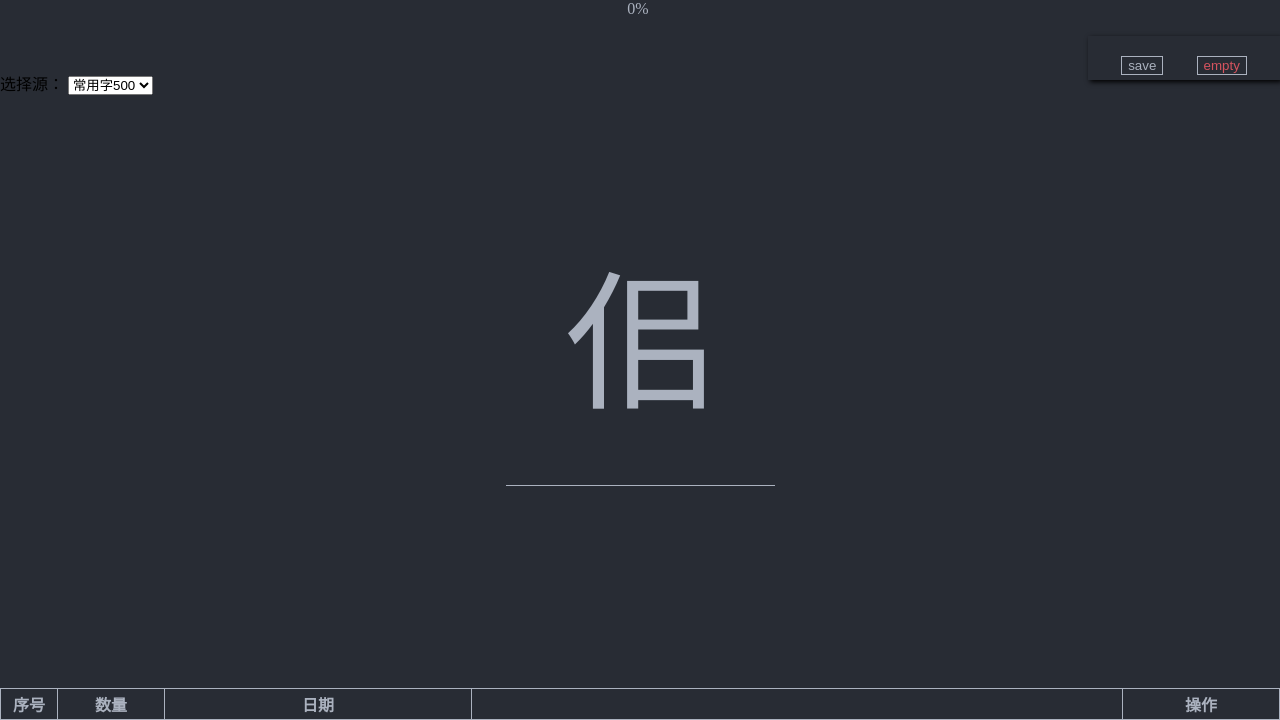
Repository: KR673/wsHone
Page: main.html
An editor plug-in stored every save of this project. The page is shown before and after the next save, followed by the edit.
The browser window is 1280 px wide. The pictures show the whole page.
Some web fonts or font styles are not loaded; a fallback is used.

Above is the page before, as saved 2023-01-30 22:31:04.

### main.html
<!DOCTYPE html>
<html lang="en">

<head>
    <meta charset="UTF-8">
    <meta name="viewport" content="width=device-width, initial-scale=1.0">
    <title>Document</title>

    <link rel="stylesheet" href="./static/css/main.css">
</head>

<body>
    <div>
        <div id="process">
            <div class="process-color"></div>
            <span>0%</span>
        </div>
    </div>
    <div>
        <span>选择源：</span>
        <select>
            <option value="frequently500">常用字500</option>
            <option value="hanziRoot">字根练习</option>
        </select>
    </div>
    <div class="input-content hanzi-root">
        <div id="word" class="content"></div>
        <div class="content">
            <input id="input" class="input"></input>
            <p id="key" hidden></p>
        </div>
    </div>
    <div class="fault-content hanzi-root">
        <div id="one-key" class="key-num">
            <span>1</span>
            <div class="area"></div>
        </div>
        <div id="two-key" class="key-num">
            <span>2</span>
            <div class="area"></div>
        </div>
        <div id="three-key" class="key-num">
            <span>3</span>
            <div class="area"></div>
        </div>
        <div id="four-key" class="key-num">
            <span>4</span>
            <div class="area"></div>
        </div>
        <div class="button-container fault-content-button-container">
            <button id="fault-save">save</button>
            <button id="fault-empty">empty</button>
        </div>
    </div>
    <div class="type-history">
        <table class="history-table"></table>
    </div>
    <script src="./lib/jquery-3.5.1.min.js"></script>
    <script src="./pythonScript/tempData.js"></script>
    <script src="./pythonScript/hanZiRoot.js"></script>
    <script src="./static/js/main.js"></script>

</body>

</html>

### static/css/main.css
html,body{
    height: 100%;
    background-color: #282c34;
    margin:0px
}
#word{
    color: #abb2bf;
    font-size: 150px;
    font-weight: 500;
}
.type-error{
    color: #d6545f !important;
}
.content{
    text-align: center;
}
.input-content{
    height: auto;
    margin-top: 10%;
}
.input-content .input{
    background-color: #282c34;
    border: 0px;
    border-bottom: 1px solid #abb2bf;
    margin-top: 20px;
    color: #abb2bf;
    text-align: center;
    font-size: 20px;
}

.input-content .input:focus{
    outline: none;
    border: 0px;
    border-bottom: 1px solid #abb2bf;
}
#key{
    color: #d6545f;
    font-size: 20px;
}

.fault-content{
    height: auto;
    width: 15%;
    background-color: #282c34;
    color: #abb2bf;
    position: absolute;
    right: 0px;
    top: 5%;
    display: flex;
    flex-wrap: nowrap;
    justify-content: space-around;
    flex-direction: column;
    box-shadow:2px 2px 5px #000;;
}
.key-num{
    display: flex;
}
.key-num span{
    /* background-color: #8BC34A; */
    height: 100%;
    transform: translateY(35%);
    padding-right: 1em;
    display: none;
}
.key-num div{
    flex:25% 1 1;
    /* border-bottom: 1px slategray solid; */
    letter-spacing: 2px;
    padding: 0px 10px 0px 10px;
}
/* .key-num span, .key-num div{
    float: left;
} */
#process{
    margin-bottom: 50px;
    width: 100%;
}
#process .process-color{
    height: 21px;
    width: 0%;
    background-color: #8BC34A;
}
#process span{
    position: absolute;
    left: 49%;
    top: 0px;
    color:#abb2bf;
}
.type-history{
    width: 100%;
    position: absolute;
    bottom: 0;
    color: #abb2bf;
}
.history-table{
    width: 100%;
    text-align: center;
    border: 1px solid;
    border-collapse: collapse;
    table-layout: fixed;
}
.history-table td, .history-table th{
    border: 1px solid;
    padding: 3px;
}
.button-container{
    display: flex;
    justify-content: space-evenly;
}
button{
    background-color: #282c34;
    border: 1px solid #abb2bf;
    color: #abb2bf;
    cursor: pointer;
}
button:hover{
    background-color: #abb2bf;
    color: #282c34;
}
.history-del, #fault-empty{
    color: #d6545f;
}
.fault-content-button-container{
    margin: 20px 0 5px 0;
}

@font-face{
    font-family: "HanZiRootFont";
    font-style: normal;
    font-weight: 400;
    src: url("../font/HanZiRootFont.woff2") format("woff2"), url("../font/HanZiRootFont.ttf") format("ttf");
}

.hanzi-root{
    font-family: HanZiRootFont;
}

### pythonScript/hanZiRoot.js
 hanZiRoot = [{
         'key': 'g',
         'word': '一'
     },
     {
         'key': 'g',
         'word': '丁'
     },
     {
         'key': 'g',
         'word': '丂'
     },
     {
         'key': 'g',
         'word': '七'
     },
     {
         'key': 'g',
         'word': '丄'
     },
     {
         'key': 'g',
         'word': '丅'
     },
     {
         'key': 'f',
         'word': '丐'
     },
     {
         'key': 'f',
         'word': '丑'
     },
     {
         'key': 'f',
         'word': '丒'
     },
     {
         'key': 'f',
         'word': '专'
     },
     {
         'key': 'f',
         'word': '且'
     },
     {
         'key': 'f',
         'word': '丕'
     },
     {
         'key': 'f',
         'word': '世'
     },
     {
         'key': 'f',
         'word': '丗'
     },
     {
         'key': 'f',
         'word': '丘'
     },
     {
         'key': 'f',
         'word': '丙'
     },
     {
         'key': 'd',
         'word': '丠'
     },
     {
         'key': 'd',
         'word': '両'
     },
     {
         'key': 'd',
         'word': '丢'
     },
     {
         'key': 'd',
         'word': '丣'
     },
     {
         'key': 'd',
         'word': '两'
     },
     {
         'key': 'd',
         'word': '严'
     },
     {
         'key': 'd',
         'word': '並'
     },
     {
         'key': 'd',
         'word': '丧'
     },
     {
         'key': 'd',
         'word': '丨'
     },
     {
         'key': 'd',
         'word': '丩'
     },
     {
         'key': 'd',
         'word': '个'
     },
     {
         'key': 'd',
         'word': '丫'
     },
     {
         'key': 's',
         'word': '丰'
     },
     {
         'key': 's',
         'word': '丱'
     },
     {
         'key': 's',
         'word': '串'
     },
     {
         'key': 's',
         'word': '丳'
     },
     {
         'key': 'a',
         'word': '乀'
     },
     {
         'key': 'a',
         'word': '乁'
     },
     {
         'key': 'a',
         'word': '乂'
     },
     {
         'key': 'a',
         'word': '乃'
     },
     {
         'key': 'a',
         'word': '乄'
     },
     {
         'key': 'a',
         'word': '久'
     },
     {
         'key': 'a',
         'word': '乆'
     },
     {
         'key': 'a',
         'word': '乇'
     },
     {
         'key': 'a',
         'word': '么'
     },
     {
         'key': 'a',
         'word': '义'
     },
     {
         'key': 'a',
         'word': '乊'
     },
     {
         'key': 'a',
         'word': '之'
     },
     {
         'key': 'a',
         'word': '乌'
     },
     {
         'key': 'a',
         'word': '乍'
     },
     {
         'key': 'h',
         'word': '乐'
     },
     {
         'key': 'h',
         'word': '乑'
     },
     {
         'key': 'h',
         'word': '乒'
     },
     {
         'key': 'h',
         'word': '乓'
     },
     {
         'key': 'h',
         'word': '乔'
     },
     {
         'key': 'h',
         'word': '乕'
     },
     {
         'key': 'h',
         'word': '乖'
     },
     {
         'key': 'h',
         'word': '乗'
     },
     {
         'key': 'h',
         'word': '乘'
     },
     {
         'key': 'h',
         'word': '乙'
     },
     {
         'key': 'h',
         'word': '乚'
     },
     {
         'key': 'j',
         'word': '习'
     },
     {
         'key': 'j',
         'word': '乡'
     },
     {
         'key': 'j',
         'word': '乢'
     },
     {
         'key': 'j',
         'word': '乣'
     },
     {
         'key': 'j',
         'word': '乤'
     },
     {
         'key': 'j',
         'word': '乥'
     },
     {
         'key': 'j',
         'word': '书'
     },
     {
         'key': 'j',
         'word': '乧'
     },
     {
         'key': 'j',
         'word': '乨'
     },
     {
         'key': 'k',
         'word': '买'
     },
     {
         'key': 'k',
         'word': '乱'
     },
     {
         'key': 'k',
         'word': '乲'
     },
     {
         'key': 'l',
         'word': '亀'
     },
     {
         'key': 'l',
         'word': '亁'
     },
     {
         'key': 'l',
         'word': '亂'
     },
     {
         'key': 'l',
         'word': '亃'
     },
     {
         'key': 'l',
         'word': '亄'
     },
     {
         'key': 'l',
         'word': '亅'
     },
     {
         'key': 'l',
         'word': '了'
     },
     {
         'key': 'l',
         'word': '亇'
     },
     {
         'key': 'l',
         'word': '予'
     },
     {
         'key': 'l',
         'word': '争'
     },
     {
         'key': 'l',
         'word': '亊'
     },
     {
         'key': 'm',
         'word': '亐'
     },
     {
         'key': 'm',
         'word': '云'
     },
     {
         'key': 'm',
         'word': '互'
     },
     {
         'key': 'm',
         'word': '亓'
     },
     {
         'key': 'm',
         'word': '五'
     },
     {
         'key': 'm',
         'word': '井'
     },
     {
         'key': 'm',
         'word': '亖'
     },
     {
         'key': 'm',
         'word': '亗'
     },
     {
         'key': 't',
         'word': '亠'
     },
     {
         'key': 't',
         'word': '亡'
     },
     {
         'key': 't',
         'word': '亢'
     },
     {
         'key': 't',
         'word': '亣'
     },
     {
         'key': 't',
         'word': '交'
     },
     {
         'key': 't',
         'word': '亥'
     },
     {
         'key': 't',
         'word': '亦'
     },
     {
         'key': 't',
         'word': '产'
     },
     {
         'key': 't',
         'word': '亨'
     },
     {
         'key': 'r',
         'word': '亰'
     },
     {
         'key': 'r',
         'word': '亱'
     },
     {
         'key': 'r',
         'word': '亲'
     },
     {
         'key': 'r',
         'word': '亳'
     },
     {
         'key': 'r',
         'word': '亴'
     },
     {
         'key': 'r',
         'word': '亵'
     },
     {
         'key': 'r',
         'word': '亶'
     },
     {
         'key': 'r',
         'word': '亷'
     },
     {
         'key': 'r',
         'word': '亸'
     },
     {
         'key': 'r',
         'word': '亹'
     },
     {
         'key': 'e',
         'word': '什'
     },
     {
         'key': 'e',
         'word': '仁'
     },
     {
         'key': 'e',
         'word': '仂'
     },
     {
         'key': 'e',
         'word': '仃'
     },
     {
         'key': 'e',
         'word': '仄'
     },
     {
         'key': 'e',
         'word': '仅'
     },
     {
         'key': 'e',
         'word': '仆'
     },
     {
         'key': 'e',
         'word': '仇'
     },
     {
         'key': 'e',
         'word': '仈'
     },
     {
         'key': 'e',
         'word': '仉'
     },
     {
         'key': 'e',
         'word': '今'
     },
     {
         'key': 'e',
         'word': '介'
     },
     {
         'key': 'e',
         'word': '仌'
     },
     {
         'key': 'w',
         'word': '仐'
     },
     {
         'key': 'w',
         'word': '仑'
     },
     {
         'key': 'w',
         'word': '仒'
     },
     {
         'key': 'w',
         'word': '仓'
     },
     {
         'key': 'w',
         'word': '仔'
     },
     {
         'key': 'q',
         'word': '仠'
     },
     {
         'key': 'q',
         'word': '仡'
     },
     {
         'key': 'q',
         'word': '仢'
     },
     {
         'key': 'q',
         'word': '代'
     },
     {
         'key': 'q',
         'word': '令'
     },
     {
         'key': 'q',
         'word': '以'
     },
     {
         'key': 'q',
         'word': '仦'
     },
     {
         'key': 'q',
         'word': '仧'
     },
     {
         'key': 'q',
         'word': '仨'
     },
     {
         'key': 'q',
         'word': '仩'
     },
     {
         'key': 'q',
         'word': '仪'
     },
     {
         'key': 'q',
         'word': '仫'
     },
     {
         'key': 'q',
         'word': '们'
     },
     {
         'key': 'q',
         'word': '仭'
     },
     {
         'key': 'q',
         'word': '仮'
     },
     {
         'key': 'y',
         'word': '仰'
     },
     {
         'key': 'y',
         'word': '仱'
     },
     {
         'key': 'y',
         'word': '仲'
     },
     {
         'key': 'y',
         'word': '仳'
     },
     {
         'key': 'y',
         'word': '仴'
     },
     {
         'key': 'y',
         'word': '仵'
     },
     {
         'key': 'y',
         'word': '件'
     },
     {
         'key': 'y',
         'word': '价'
     },
     {
         'key': 'y',
         'word': '仸'
     },
     {
         'key': 'y',
         'word': '仹'
     },
     {
         'key': 'u',
         'word': '伀'
     },
     {
         'key': 'u',
         'word': '企'
     },
     {
         'key': 'u',
         'word': '伂'
     },
     {
         'key': 'u',
         'word': '伃'
     },
     {
         'key': 'u',
         'word': '伄'
     },
     {
         'key': 'u',
         'word': '伅'
     },
     {
         'key': 'u',
         'word': '伆'
     },
     {
         'key': 'u',
         'word': '伇'
     },
     {
         'key': 'u',
         'word': '伈'
     },
     {
         'key': 'u',
         'word': '伉'
     },
     {
         'key': 'u',
         'word': '伊'
     },
     {
         'key': 'u',
         'word': '伋'
     },
     {
         'key': 'u',
         'word': '伌'
     },
     {
         'key': 'i',
         'word': '伐'
     },
     {
         'key': 'i',
         'word': '休'
     },
     {
         'key': 'i',
         'word': '伒'
     },
     {
         'key': 'i',
         'word': '伓'
     },
     {
         'key': 'i',
         'word': '伔'
     },
     {
         'key': 'i',
         'word': '伕'
     },
     {
         'key': 'i',
         'word': '伖'
     },
     {
         'key': 'i',
         'word': '众'
     },
     {
         'key': 'i',
         'word': '优'
     },
     {
         'key': 'i',
         'word': '伙'
     },
     {
         'key': 'i',
         'word': '会'
     },
     {
         'key': 'p',
         'word': '估'
     },
     {
         'key': 'p',
         'word': '伱'
     },
     {
         'key': 'p',
         'word': '伲'
     },
     {
         'key': 'p',
         'word': '伳'
     },
     {
         'key': 'p',
         'word': '伴'
     },
     {
         'key': 'p',
         'word': '伵'
     },
     {
         'key': 'n',
         'word': '佀'
     },
     {
         'key': 'n',
         'word': '佁'
     },
     {
         'key': 'n',
         'word': '佂'
     },
     {
         'key': 'n',
         'word': '佃'
     },
     {
         'key': 'n',
         'word': '佄'
     },
     {
         'key': 'n',
         'word': '佅'
     },
     {
         'key': 'n',
         'word': '但'
     },
     {
         'key': 'n',
         'word': '佇'
     },
     {
         'key': 'n',
         'word': '佈'
     },
     {
         'key': 'n',
         'word': '佉'
     },
     {
         'key': 'n',
         'word': '佊'
     },
     {
         'key': 'n',
         'word': '佋'
     },
     {
         'key': 'n',
         'word': '佌'
     },
     {
         'key': 'n',
         'word': '位'
     },
     {
         'key': 'n',
         'word': '低'
     },
     {
         'key': 'n',
         'word': '住'
     },
     {
         'key': 'n',
         'word': '佐'
     },
     {
         'key': 'n',
         'word': '佑'
     },
     {
         'key': 'n',
         'word': '佒'
     },
     {
         'key': 'n',
         'word': '体'
     },
     {
         'key': 'n',
         'word': '佔'
     },
     {
         'key': 'n',
         'word': '何'
     },
     {
         'key': 'n',
         'word': '佖'
     },
     {
         'key': 'b',
         'word': '你'
     },
     {
         'key': 'b',
         'word': '佡'
     },
     {
         'key': 'b',
         'word': '佢'
     },
     {
         'key': 'b',
         'word': '佣'
     },
     {
         'key': 'b',
         'word': '佤'
     },
     {
         'key': 'b',
         'word': '佥'
     },
     {
         'key': 'b',
         'word': '佦'
     },
     {
         'key': 'b',
         'word': '佧'
     },
     {
         'key': 'b',
         'word': '佨'
     },
     {
         'key': 'b',
         'word': '佩'
     },
     {
         'key': 'b',
         'word': '佪'
     },
     {
         'key': 'b',
         'word': '佫'
     },
     {
         'key': 'b',
         'word': '佬'
     },
     {
         'key': 'b',
         'word': '佭'
     },
     {
         'key': 'v',
         'word': '佰'
     },
     {
         'key': 'v',
         'word': '佱'
     },
     {
         'key': 'v',
         'word': '佲'
     },
     {
         'key': 'v',
         'word': '佳'
     },
     {
         'key': 'v',
         'word': '佴'
     },
     {
         'key': 'v',
         'word': '併'
     },
     {
         'key': 'v',
         'word': '佶'
     },
     {
         'key': 'v',
         'word': '佷'
     },
     {
         'key': 'c',
         'word': '侀'
     },
     {
         'key': 'c',
         'word': '侁'
     },
     {
         'key': 'c',
         'word': '侂'
     },
     {
         'key': 'c',
         'word': '侃'
     },
     {
         'key': 'c',
         'word': '侄'
     },
     {
         'key': 'c',
         'word': '侅'
     },
     {
         'key': 'x',
         'word': '侐'
     },
     {
         'key': 'x',
         'word': '侑'
     },
     {
         'key': 'x',
         'word': '侒'
     },
     {
         'key': 'x',
         'word': '侓'
     },
     {
         'key': 'x',
         'word': '侔'
     },
     {
         'key': 'x',
         'word': '侕'
     },
     {
         'key': 'x',
         'word': '侖'
     },
     {
         'key': 'x',
         'word': '侗'
     },
 ]

### static/js/main.js
var pageData = {
    data:{},
    dataCount:0,
    fault : {},
    countMapToId : {},
    dataError : {},
}

class DataErr{

    constructor(data){
        this.dateTime = new Date();
        this.data = data;
        this.count = data?.length;
    }

    // save data to local
    save(){
        if(!this.data || this.data.length <= 0){
            return
        }

        var dataList = this.getAll()

        // limit maximum capacity
        if(dataList.length == 15){
            dataList.splice(0, 1)
        }

        dataList.push(this)
        localStorage['errorList'] = JSON.stringify(dataList)
        randerHistoryList()
    }

    // get the wrong data before
    getAll(){
        var dataList = localStorage['errorList']
        if(!dataList){
            dataList = new Array()
        }else{
            dataList = JSON.parse(dataList)
        }
        return dataList
    }

    getByIndex(index){
        var dataAll = this.getAll()
        if(dataAll && dataAll.length > 0){
            return dataAll[index]
        }else{
            return new Array()
        }
    }

    deleteByIndex(index){
        var dataAll = this.getAll()
        if(dataAll && dataAll.length > 0){
            dataAll.splice(index, 1)
            localStorage['errorList'] = JSON.stringify(dataAll)
            randerHistoryList()
        }
    }
}

init(hanZiRoot)

function init(dataAccept){

    var allData = dataAccept || dataSource
    var arr = new Array()

    $.each(allData, function(index, n){
        arr.push(n)
    })

    pageData.data = arr
    pageData.dataCount = pageData.data.length

    pageData.fault = {
        'one-key' : [],
        'two-key' : [],
        'three-key' : [],
        'four-key' : []
    }

    var countMapToId = pageData.countMapToId = new Map()
    countMapToId.set(1, 'one-key')
    countMapToId.set(2, 'two-key')
    countMapToId.set(3, 'three-key')
    countMapToId.set(4, 'four-key')

    pageData.dataError = new Array()
    wordInput()
    randerHistoryList()
    initFaultConut()
    initInput()
    processEdit(0)
}

function randerHistoryList(){
    var dataErr= new DataErr()
    var typeHistoryList = dataErr.getAll()
    if(typeHistoryList){
        var tableHtml = '<tr>'+
                            '<th style="width:50px">序号</th>'+
                            '<th style="width:100px">数量</th>'+
                            '<th style="width:300px">日期</th>'+
                            '<th></th>'+
                            '<th style="width:150px">操作</th>'+
                        '</tr>'
        $.each(typeHistoryList, function (index , n){
            tableHtml += "<tr>"
            tableHtml += '<td>' + index + '</td>'
            tableHtml += '<td>' + n.count + '</td>'
            tableHtml += '<td>' + n.dateTime+ '</td>'
            tableHtml += '<td></td>'
            tableHtml += '<td class="history-option button-container">' +
                            '<button class="history-load" onclick=historyLoad('+index+')>练习</button>'+
                            '<button class="history-del" onclick=historyDelete('+index+')>删除</button>'+
                        '</td>'
            tableHtml += '</tr>'
        })
        $('.history-table').empty();
        $('.history-table').append(tableHtml)
    }
}

function historyLoad(index){
    var dataErr= new DataErr()
    var dataAll = dataErr.getAll()
    var dataTarget = dataAll[index]
    init(dataTarget.data)
}
function historyDelete(index){
    var dataErr= new DataErr()
    var dataAll = dataErr.deleteByIndex(index)
}
function wordInput() {
    var $word = $('#word')
    var indexPre = $word.attr('data-index')
    var count = pageData.data.length
    var index = Math.floor(Math.random() * count)

    // 保证相邻的两个不同
    if(indexPre == index){
        index = index < (count - 1) ? index + 1 : index - 1
    }
    if(count <= 1){
        index = 0
    }

    var wordInfo = pageData.data[index]
    // data.splice(index, 1)
    $word.text(wordInfo.word)
    $('#key').text(wordInfo.key)
    $word.attr('data-key', wordInfo.key)
    $word.attr('data-index', index)
    $('#input').val('')
}

$('body').on('keydown', function(event){
    if(event.keyCode == 27){
        $('#input').val("")
        $('#input').focus()
        return;
    }
})
var $word = $('#word')
$('#input').on('keydown', function (event) {
    var keyValue = event.keyCode

    var determain_num =  (keyValue >= 49 && keyValue <= 57)
    var determain_symbol = (keyValue == 186 || keyValue == 222)
    var determain_space = (keyValue == 32)

    if(keyValue == 27){
        $('#input').val("")
        return;
    }
    if(determain_num || determain_symbol || determain_space){

        if(pageData.data.length == 0){
            return;
        }

        if($(this).val() == $('#word').attr('data-key')){
            inputRight()
            if(pageData.data.length == 0){
                return;
            }
            wordInput()
        }else{
            inputFault()
            $(this).val('')
        }
        return false;
    }else{
        return;
    }
});

$('#fault-save').on('click', function(){
    faultSave()
})

function initInput(){
    $('#word').attr('class', 'content')
    $('#key').hide()
}

function processEdit(num){
    var percent = num + '%'
    $('.process-color').css('width', percent)
    $('#process span').text(percent)
}

function inputRight() {
    var data = pageData.data
    data.splice(parseInt($word.attr('data-index')),1)
    var percent  = ((1 - (data.length / pageData.dataCount)) * 100).toFixed(1)
    processEdit(percent)
    initInput()
}

function inputFault(){
    $('#word').attr('class', 'content type-error')
    addWordToFault()
    $('#key').show()
}


// 输入错误时, 记录其到对应的数据集中
function addWordToFault(){
    var $word = $('#word')
    var data = pageData.data
    var fault = pageData.fault

    let countOfKey = $word.attr('data-key').length
    var dataOfFault = data[parseInt($word.attr('data-index'))]
    var contentOfFault = fault[pageData.countMapToId.get(countOfKey)]
    if(contentOfFault && contentOfFault.indexOf(dataOfFault) < 0){
        contentOfFault.push(dataOfFault)
        pageData.dataError.push(dataOfFault)
    }
    initFaultConut()
}

//  刷新错误内容
function initFaultConut() {

    var fault = pageData.fault

    $.each($('.key-num'), function (i,n) {
        var id = $(this).attr('id')
        var dataOfFault = fault[id]
        var allWord = ''
        if(dataOfFault && dataOfFault.length > 0){
            $.each(dataOfFault, function (index, d) {
                allWord = allWord + d.word
            })
        }
        $(this).find('.area').text(allWord)
    })
}

function faultSave(){
    var dataLog = new DataErr(pageData.dataError)
    dataLog.save()
}

Loaded but not shown: lib/jquery-3.5.1.min.js (library); pythonScript/tempData.js (2001 lines, source omitted)

After the next save:
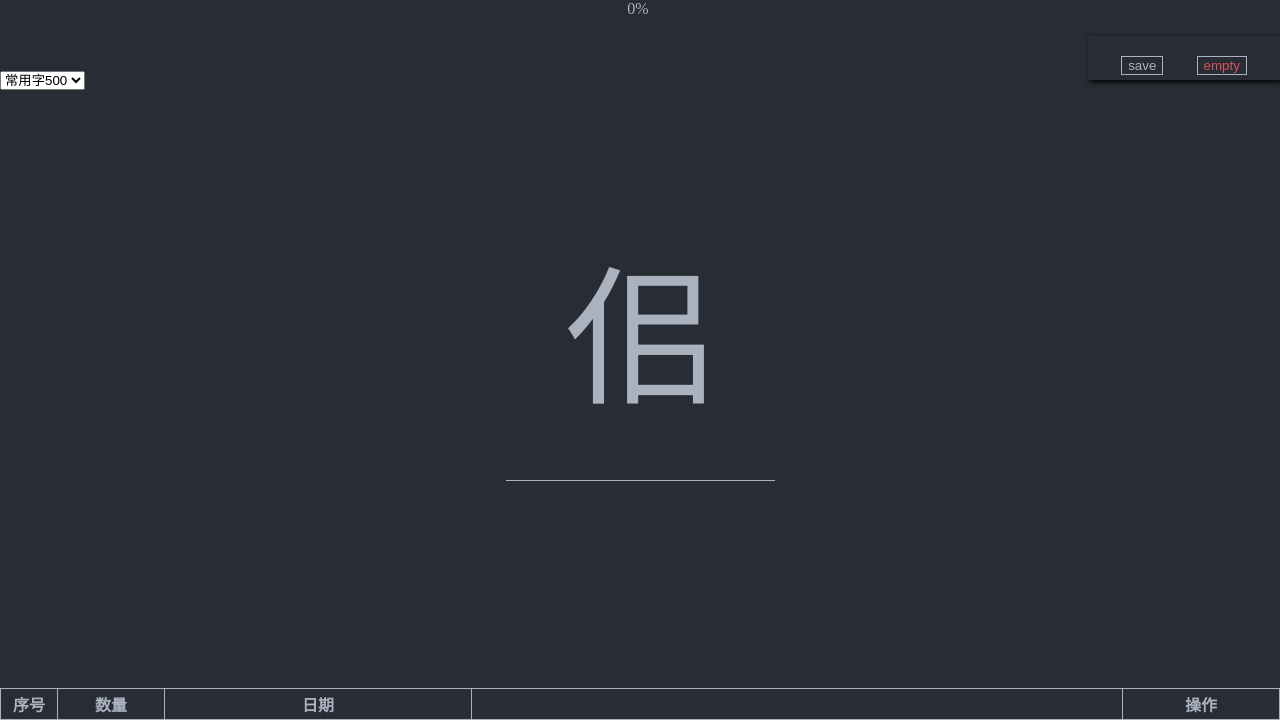
Saved 10 s later.
--- a/main.html
+++ b/main.html
@@ -17,7 +17,6 @@
         </div>
     </div>
     <div>
-        <span>选择源：</span>
         <select>
             <option value="frequently500">常用字500</option>
             <option value="hanziRoot">字根练习</option>
